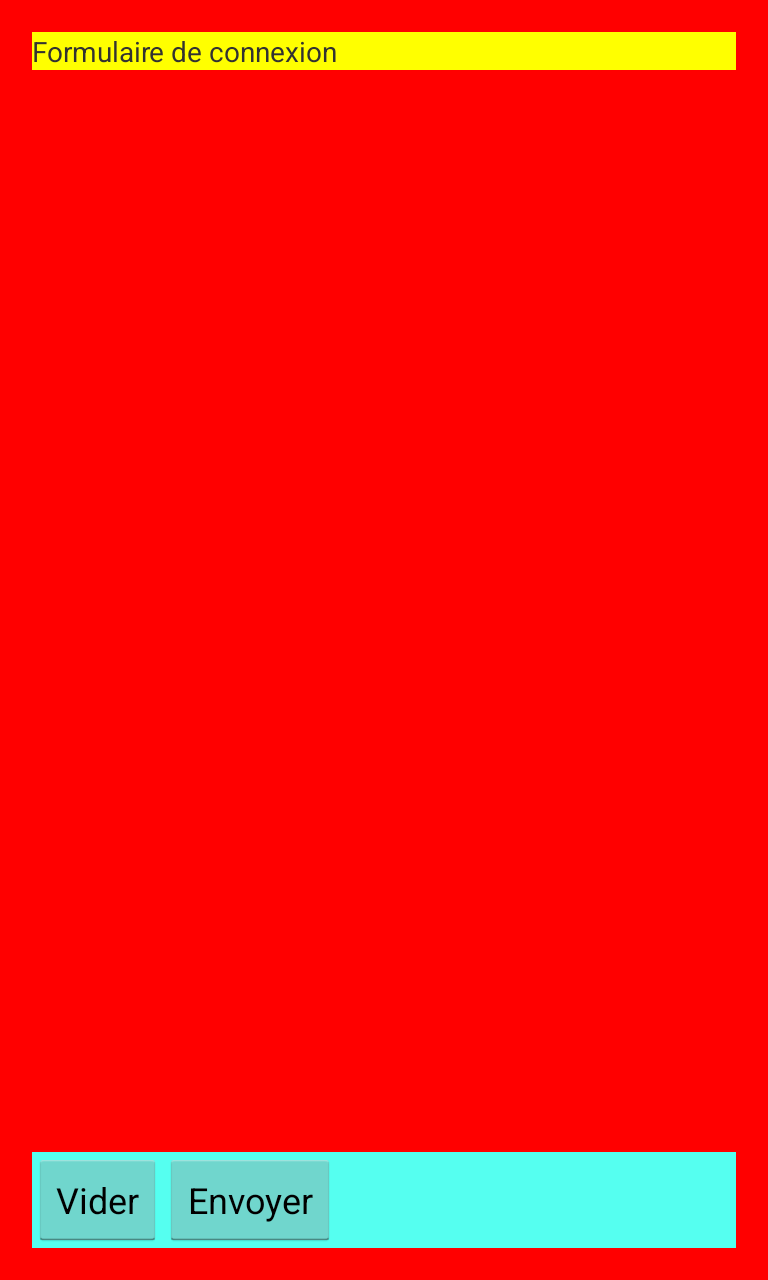
Repository: ablanchard/formation-android
Layout: ParlezVousAndroid/res/layout/fragment_main.xml
An editor plug-in stored every save of this project. The layout is shown before and after the next save, followed by the edit.
It is drawn on a 768 x 1280 px phone screen (xhdpi) without system bars, with theme AppTheme; the app's code is not run.

Above is the layout before, as saved 2014-04-29 08:59:48.

### ParlezVousAndroid/res/layout/fragment_main.xml
<RelativeLayout xmlns:android="http://schemas.android.com/apk/res/android"
    xmlns:tools="http://schemas.android.com/tools"
    android:layout_width="match_parent"
    android:layout_height="match_parent"
    android:background="#FFFF0000"
    android:paddingBottom="@dimen/activity_vertical_margin"
    android:paddingLeft="@dimen/activity_horizontal_margin"
    android:paddingRight="@dimen/activity_horizontal_margin"
    android:paddingTop="@dimen/activity_vertical_margin"
    tools:context="com.example.parlezvousandroid.MainActivity$PlaceholderFragment" >

    <LinearLayout
        android:id="@+id/header"
        android:layout_width="match_parent"
        android:layout_height="wrap_content"
        android:layout_alignParentTop="true"
        android:layout_centerHorizontal="true"
        android:background="#FFFFFF00"
        android:orientation="vertical" >

        <TextView
            android:layout_width="wrap_content"
            android:layout_height="wrap_content"
            android:text="@string/form" />
    </LinearLayout>

    <ScrollView
        android:id="@+id/content"
        android:layout_above="@+id/footer"
        android:layout_below="@+id/header"
        android:background="#FFFFFF44" >

        <LinearLayout
            android:layout_width="fill_parent"
            android:layout_height="wrap_content"
            android:orientation="vertical" >

            <TextView
                android:layout_width="wrap_content"
                android:layout_height="wrap_content"
                android:text="@string/nom" />

            <EditText
                android:layout_width="fill_parent"
                android:inputType="text" />

            <TextView
                android:layout_width="wrap_content"
                android:layout_height="wrap_content"
                android:text="@string/pass" />

            <EditText
                android:layout_width="fill_parent"
                android:inputType="text" />
        </LinearLayout>
    </ScrollView>

    <LinearLayout
        android:id="@+id/footer"
        android:layout_width="match_parent"
        android:layout_height="wrap_content"
        android:layout_alignLeft="@+id/header"
        android:layout_alignParentBottom="true"
        android:background="#FF55FFF0"
        android:orientation="horizontal" >

        <Button
            android:layout_width="wrap_content"
            android:layout_height="wrap_content"
            android:text="@string/button_empty" />

        <Button
            android:layout_width="wrap_content"
            android:layout_height="wrap_content"
            android:text="@string/button_validate" />
    </LinearLayout>

</RelativeLayout>

### ParlezVousAndroid/res/values/strings.xml
<?xml version="1.0" encoding="utf-8"?>
<resources>

    <string name="app_name">ParlezVousAndroid</string>
    <string name="hello_world">Hello world!</string>
    <string name="action_settings">Settings</string>
    <string name="form">Formulaire de connexion</string>
    <string name="nom">Nom d\'utilisateur</string>
    <string name="pass">Mot de passe</string>
    <string name="button_empty">Vider</string>
    <string name="button_validate">Envoyer</string>


</resources>

Loaded but not shown: ParlezVousAndroid/res/values/styles.xml (common file); ParlezVousAndroid/res/values-v11/styles.xml (common file); ParlezVousAndroid/res/values-v14/styles.xml (common file); ParlezVousAndroid/res/values/dimens.xml (common file); ParlezVousAndroid/res/values-w820dp/dimens.xml (common file)

After the next save:
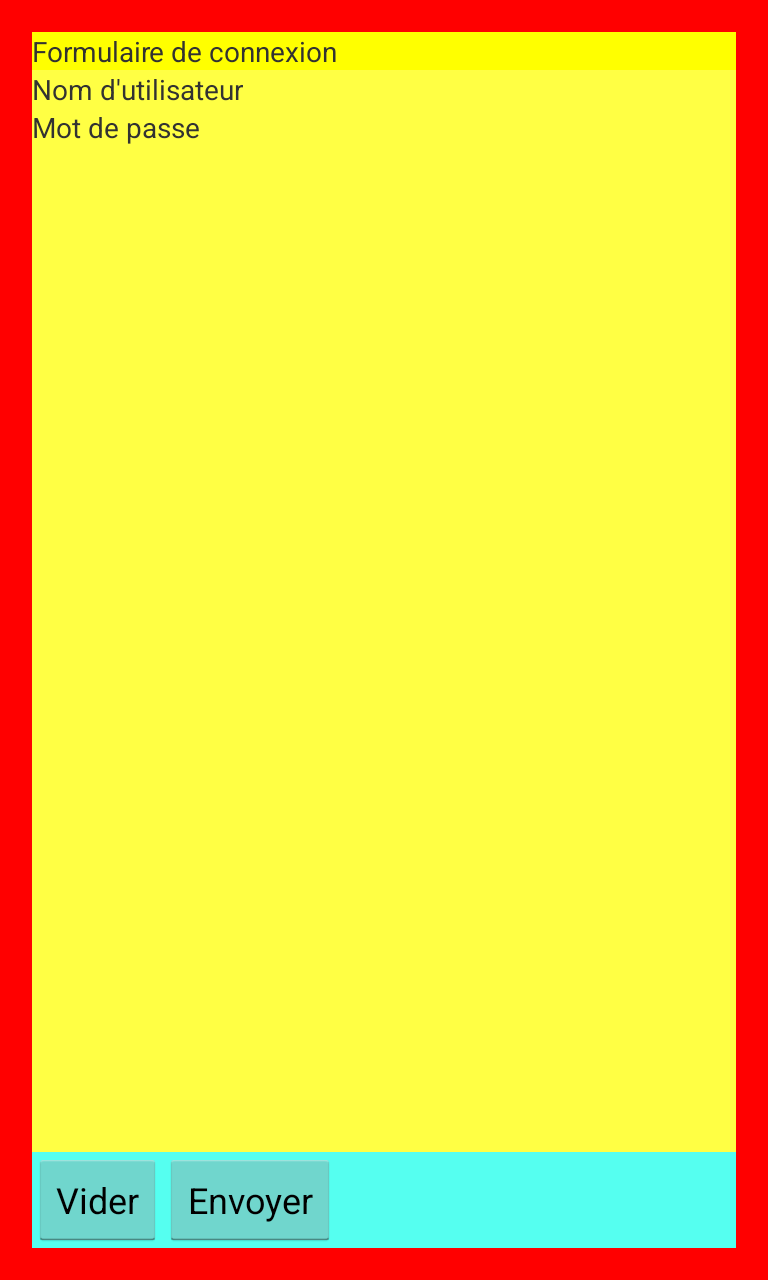
Saved 47 s later.
--- a/ParlezVousAndroid/res/layout/fragment_main.xml
+++ b/ParlezVousAndroid/res/layout/fragment_main.xml
@@ -26,6 +26,7 @@
 
     <ScrollView
         android:id="@+id/content"
+        android:layout_width="match_parent"
         android:layout_above="@+id/footer"
         android:layout_below="@+id/header"
         android:background="#FFFFFF44" >
